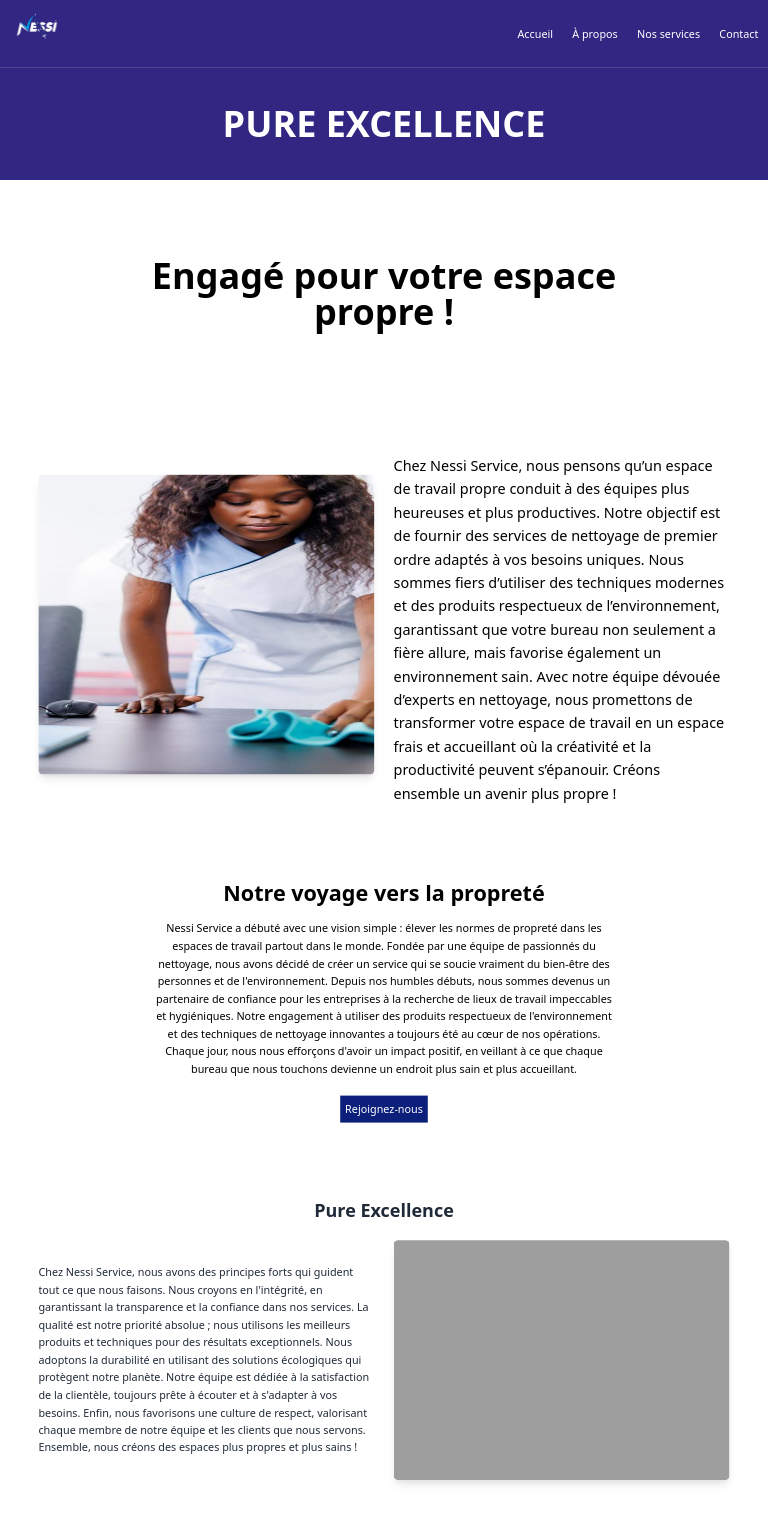
Repository: MDiouf9/Nessi
Page: /About
These files come from the project's save history. The page is drawn as it stood at one moment and after the next save; the edit follows.
The browser window is 1280 px wide. The pictures show the whole page, at 60% of full size.
Pictures or frames that could not be fetched are drawn as grey boxes. The project was rebuilt for these pictures with package versions that can differ from the ones it lists, and the page was loaded fresh each time. Also part of the build but not shown: vite.config.js, src/Global.css, src/App.css, src/components/Footer.jsx, src/Pages/Home.jsx, src/Pages/NotFound.jsx, src/components/Countries.jsx, src/Pages/Services.jsx and 1 more.

Above is the page before, as saved 2025-03-10 18:36:30.

After the next save:
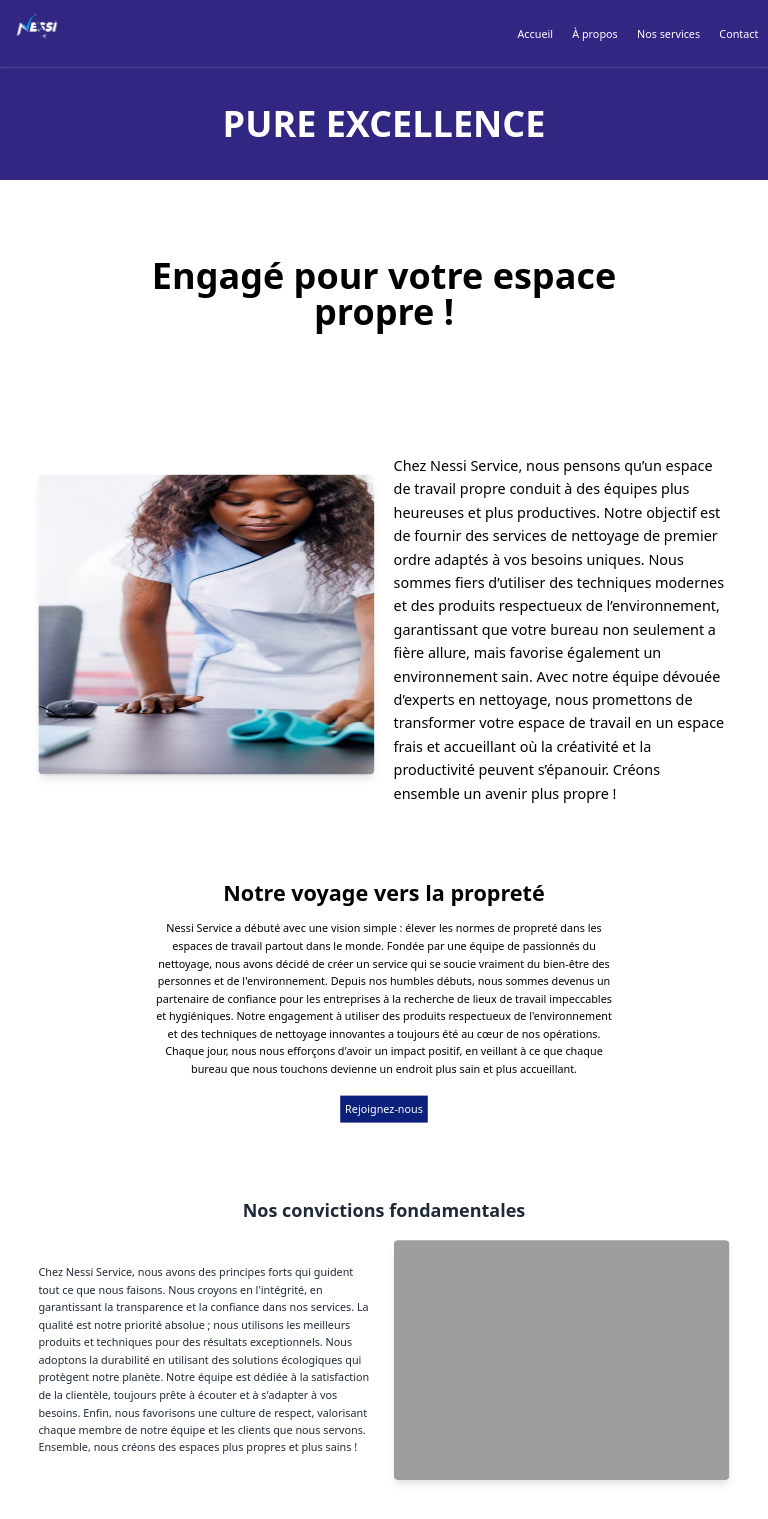
Saved 11 s later.
--- a/src/Pages/About.jsx
+++ b/src/Pages/About.jsx
@@ -34,7 +34,7 @@ const About = () => {
 <SectionWithTitle
   imageSrc="ton_image.png"
   altText="Nettoyage professionnel"
-  title="Pure Excellence"
+  title="Nos convictions fondamentales"
   content=" Chez Nessi Service, nous avons des principes forts qui guident tout ce que nous faisons. Nous croyons en l'intégrité, en garantissant la transparence et la confiance dans nos services. La qualité est notre priorité absolue ; nous utilisons les meilleurs produits et techniques pour des résultats exceptionnels. Nous adoptons la durabilité en utilisant des solutions écologiques qui protègent notre planète. Notre équipe est dédiée à la satisfaction de la clientèle, toujours prête à écouter et à s'adapter à vos besoins. Enfin, nous favorisons une culture de respect, valorisant chaque membre de notre équipe et les clients que nous servons. Ensemble, nous créons des espaces plus propres et plus sains !"
 />
 
